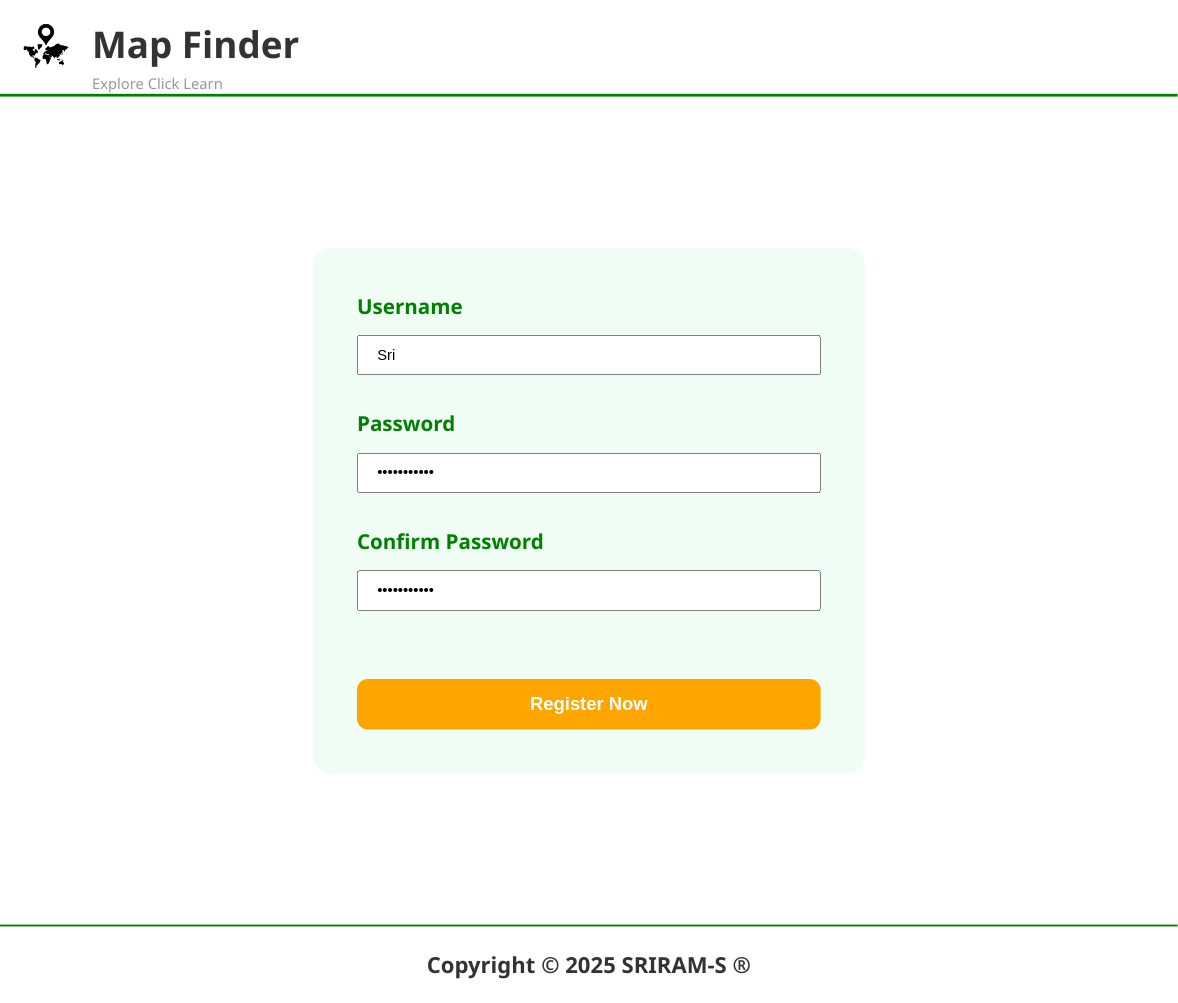
Repository: 7-SRIRAM-S/Map-Finder-Java
Page: MapFinder/src/main/webapp/signup.html
The author's editor kept a copy of each file at every save. The page is drawn from the files as they stood at one save, then again after the next save.
The browser window is 1280 px wide. The pictures show the whole page, at 92% of full size.
The page's requests for data from a server got no answer.

Above is the page before, as saved 2026-02-17 12:51:01.

### MapFinder/src/main/webapp/signup.html
<!DOCTYPE html>
<html lang="en">
<head>
    <meta charset="UTF-8">
    <meta name="viewport" content="width=device-width, initial-scale=1.0">
    <title>Map Finder</title>
    <link rel="icon" href="images/map_logo.png">
    <style>
        *{
            margin: 0;
            padding: 0;
            box-sizing: border-box;
        }
        body {
            background-color:white;
            font-family: 'Segoe UI', Tahoma, Geneva, Verdana, sans-serif;
            overflow: hidden;
            color: #333;
        }
        header {
            display: flex;
            justify-content: space-between;
            align-items: center;
            background-color: white;
            /* padding-bottom: 8px; */
            border-bottom: 3px solid green;
            /* text-align: center; */
        }
        header h1{
            font-size: 40px;
        }
        header p{
            opacity: 0.5;
        }
        header div{
            margin-top: 20px;
            display: flex;
            flex-direction: column;
            gap: 5px;

        }
        nav{
        display: flex;
        }
        .logo{
            height: 100px;
            width: 100px;
            cursor: pointer;
        }
        footer{
            display: flex;
            justify-content: center;
            padding: 25px;
            border-top: 2px solid green;
        }
        img {
            width: 50%;
            height: auto;
            object-fit: contain;
            border-radius: 10px;
        }
        .container{

            height: 900px;
             display: flex;
            /* flex-direction: column;  */
            justify-content: center;
            align-items: center;

        }
        form{
            border-radius: 20px;
            width: 600px;
            background-color: #F0FDF4;
            display: flex;
            flex-direction: column;
            gap: 2.3rem;
            padding:3rem;

        }
        label{
            text-align: left;
            color: green;
            font-weight: bold;
            font-size: 1.4rem;
        }
        input{
            height: 40px;
            font-size: 16px;
            padding:20px;
        }
        button{
            padding: 1rem;
            background-color: orange;
            color: white;
            font-weight: bold;
            font-size: 20px;
            border-radius: 12px;
            border-color: 1px solid orange;
            cursor: pointer;
            transition: 0.6s backgroud-color ease;
        }
        button:hover{
            background-color: green;
            /* border: 1px solid green; */
        }
        .wrap{
            display: flex;
            flex-direction: column;
            gap: 1rem;
        }
        #error-info{
        	color:red;
        }
    </style>
    <script>
	    window.onload = function() {
	    	if (localStorage.getItem("sessionChecked")) {
	    		console.log("session exist");
	            return;
	        }
	    	else{
	    		history.pushState(null,null,window.location.href);
	    	}
	    };
    </Script>
</head>
<body>
    <header>
        <nav>
            <img src="images/map_logo.png" alt="logo" class="logo" onclick="window.location.reload();">
        <div>
            <h1>Map Finder</h1>
            <p>Explore Click Learn</p>
        </div>
        </nav>
        <!-- <button class="signupBtn">Sign Up</button>  -->
   </header>
   <div class="container">
    <form id="sign_in_form" method="post">

        <div class="wrap">
            <label for="username">
                Username
           </label>
           <input type="text" id="username" name="username" placeholder="Enter you username" value="Sri" required>
        </div>
        <div class="wrap">
            <label for="password">
                Password
           </label>
           <input type="password" id="password" name="password" placeholder="Enter your password" value="Sriram@2005" required>
        </div>
        <div class="wrap">
            <label for="password">
                Confirm Password
           </label>
           <input type="password" id="confirm_password" name="password" placeholder="Enter your password" value="Sriram@2005" required>
        </div>
        <div class="wrap">
        	<p id="error-info" style="display:none"></p>
        </div>
        <button type="submit" style="border:none;">Register Now</button>
    </form>
   </div>
   <footer>
    <h2>Copyright &copy; 2025 SRIRAM-S &#174;</h2>
  </footer>
</body>
<script>

history.pushState(null, null, window.location.href);


document.addEventListener("visibilitychange", function() {
    if (!document.hidden) {
        let status = localStorage.getItem("sessionChecked");
        if (status) {
    		window.location.replace("home");
        }
        else{
        	history.pushState(null, null, window.location.href);
        }

    }
});


window.addEventListener("popstate", (event) => {
	if(localStorage.getItem("sessionChecked")){
		window.location.replace("home");
	}
	else{
		history.pushState(null, null, window.location.href);
	}
});


    let form=document.getElementById("sign_in_form");
 	form.addEventListener('submit',(e)=>{
 		e.preventDefault();
            const username=document.querySelector("#username").value;
            const password=document.querySelector("#password").value;
            const confirmPassword=document.querySelector("#confirm_password").value;
            const regex=/^(?=.*[a-z])(?=.*[A-Z])(?=.*\d)(?=.*[@$!%*?&])[A-Za-z\d@$!%*?&]{8,}$/;
            if(!regex.test(password)){
            	const error=document.querySelector("#error-info");
            	error.style.display="block";
            	console.log(error);
            	error.innerText="Password must be 8-20 chars, include upper, lower, number & special character";
            	return;
            }
            if(password!=confirmPassword){
            	const error=document.querySelector("#error-info");
            	error.style.display="block";
            	error.innerText="give the same password to confirm";
            	return;
            }

            data={username,password};
           	fetch("/MapFinder/signup",{
           		method:"POST",
           		headers:{
           			'Content-Type':'application/json'
           		},
           		body:JSON.stringify(data),
           	}).then(res=>res.text()).then((msg)=>{
           		if(msg==="success"){
           		 localStorage.setItem("sessionChecked", "true");
           			window.location.href="home";
           		}
           		else if(msg==="duplicate"){
           			alert("give another username");
           		}
           		else{
           			alert("try again later");
           		}
           	})
        });
</script>
</html>

After the next save:
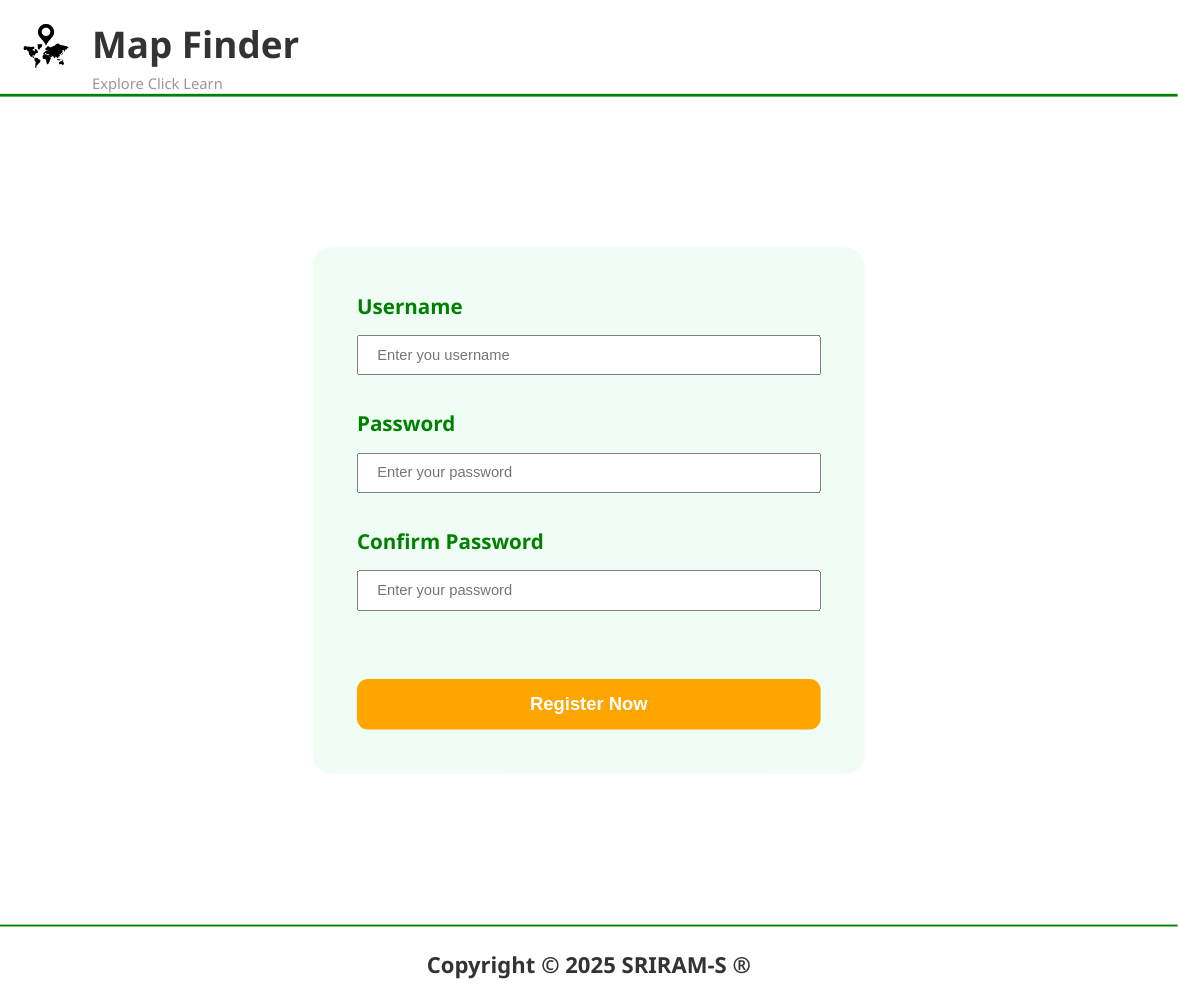
Saved 16 s later.
--- a/MapFinder/src/main/webapp/signup.html
+++ b/MapFinder/src/main/webapp/signup.html
@@ -113,17 +113,6 @@
         	color:red;
         }
     </style>
-    <script>
-	    window.onload = function() {
-	    	if (localStorage.getItem("sessionChecked")) {
-	    		console.log("session exist");
-	            return;
-	        }
-	    	else{
-	    		history.pushState(null,null,window.location.href);
-	    	}
-	    };
-    </Script>
 </head>
 <body>
     <header>
@@ -143,19 +132,19 @@
             <label for="username">
                 Username
            </label>
-           <input type="text" id="username" name="username" placeholder="Enter you username" value="Sri" required>
+           <input type="text" id="username" name="username" placeholder="Enter you username"  required>
         </div>
         <div class="wrap">
             <label for="password">
                 Password
            </label>
-           <input type="password" id="password" name="password" placeholder="Enter your password" value="Sriram@2005" required>
+           <input type="password" id="password" name="password" placeholder="Enter your password"  required>
         </div>
         <div class="wrap">
             <label for="password">
                 Confirm Password
            </label>
-           <input type="password" id="confirm_password" name="password" placeholder="Enter your password" value="Sriram@2005" required>
+           <input type="password" id="confirm_password" name="password" placeholder="Enter your password" required>
         </div>
         <div class="wrap">
         	<p id="error-info" style="display:none"></p>
@@ -168,33 +157,72 @@
   </footer>
 </body>
 <script>
-
-history.pushState(null, null, window.location.href);
-
-
-document.addEventListener("visibilitychange", function() {
-    if (!document.hidden) {
-        let status = localStorage.getItem("sessionChecked");
-        if (status) {
-    		window.location.replace("home");
-        }
-        else{
-        	history.pushState(null, null, window.location.href);
-        }
-
-    }
-});
-
-
-window.addEventListener("popstate", (event) => {
-	if(localStorage.getItem("sessionChecked")){
-		window.location.replace("home");
-	}
-	else{
-		history.pushState(null, null, window.location.href);
-	}
-});
-
+	document.addEventListener("visibilitychange", async function ()  {
+	    if (!document.hidden) {
+	    	let session=await isSessionExist();
+	    	if(session){
+	    		change("home")
+	    	}
+	    	else{
+	    		blockBackNavigation();
+	    	}
+	    }
+	});
+
+	async function isSessionExist(){
+	    try{
+	        let res=await fetch("/MapFinder/checksession");
+	        let msg=await res.text();
+
+	        if(msg==="failed"){
+	            localStorage.clear();
+	            console.log("session not exist");
+	            return false;
+	        }
+
+	        console.log("session exist");
+	        return true;
+
+	    } catch(err){
+	        console.log(err);
+
+	        return false;
+	    }
+	}
+
+
+	function change(uri){
+		window.location.replace(uri);
+	}
+
+	function blockBackNavigation(){
+		history.pushState(null, null, location.href);
+		 window.onpopstate = function () {
+		        history.go(1);
+		 };
+	}
+
+	window.onload=async function(){
+	   let session=await isSessionExist();
+	   if(session){
+		   change("home");
+	   }
+	   blockBackNavigation();
+	}
+
+	window.addEventListener("popstate", async (event) => {
+		console.log("clicking back button");
+		let session= await isSessionExist();
+		if(!session){
+	    	console.log("session is alive");
+			blockBackNavigation();
+		}
+		else{
+	    	console.log("no session going to signin");
+
+			change("home");
+		}
+	});
 
     let form=document.getElementById("sign_in_form");
  	form.addEventListener('submit',(e)=>{
